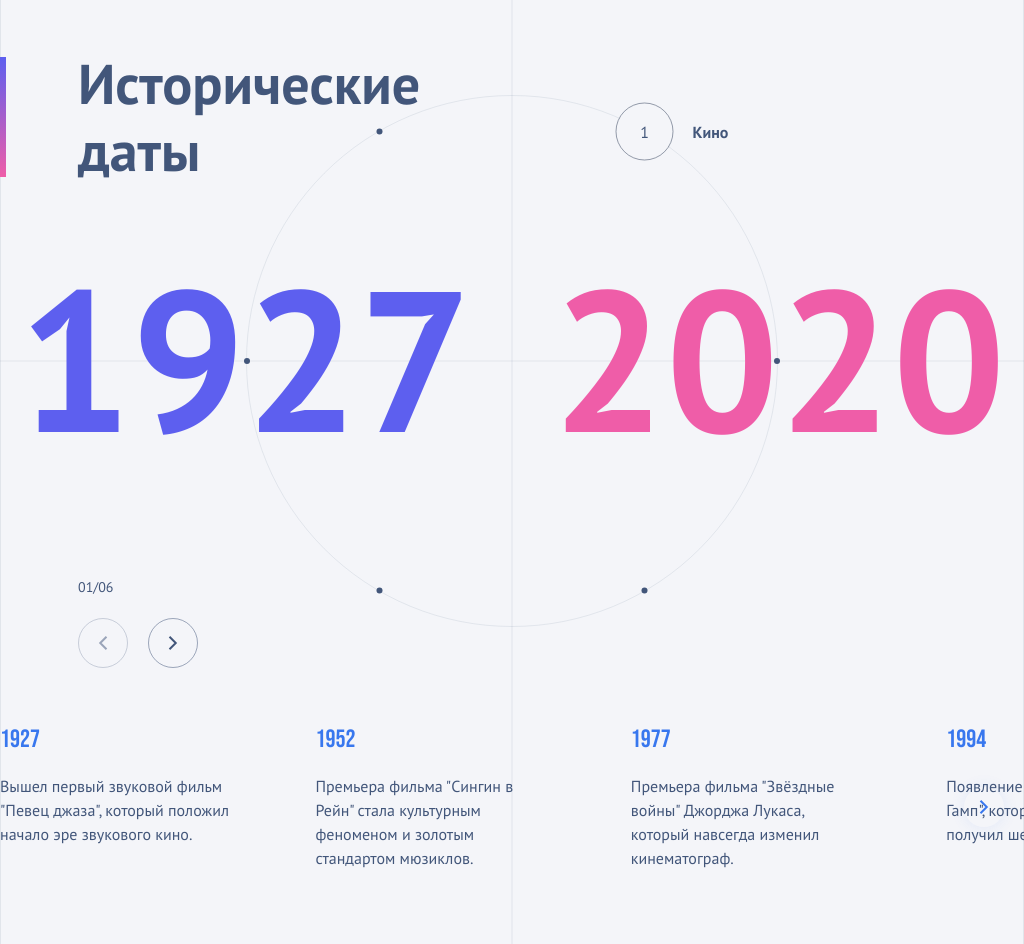
Repository: LenarTulupov/only
Page: /
An editor plug-in stored every save of this project. The page is shown before and after the next save, followed by the edit.
The browser window is 1024 px wide. The pictures show the whole page.
The project was rebuilt for these pictures with package versions that can differ from the ones it lists, and the page was loaded fresh each time.

Above is the page before, as saved 2024-12-18 13:38:47.

### public/index.html
<!DOCTYPE html>
<html lang="en">
  <head>
    <meta charset="utf-8" />
    <link rel="icon" href="%PUBLIC_URL%/favicon.ico" />
    <meta name="viewport" content="width=device-width, initial-scale=1" />
    <meta name="theme-color" content="#000000" />
    <meta
      name="description"
      content="Web site created using create-react-app"
    />
    <link rel="apple-touch-icon" href="%PUBLIC_URL%/logo192.png" />
    <link rel="manifest" href="%PUBLIC_URL%/manifest.json" />
    <title>Only Test</title>
  </head>
  <body>
    <noscript>You need to enable JavaScript to run this app.</noscript>
    <div id="root"></div>
  </body>
</html>

### src/index.tsx
import React from 'react';
import ReactDOM from 'react-dom/client';
import Router from './router/router';
import './globals.scss'

const root = ReactDOM.createRoot(
  document.getElementById('root') as HTMLElement
);
root.render(
  <React.StrictMode>
    <Router />
  </React.StrictMode>
);

### src/router/router.tsx
import { BrowserRouter, Route, Routes } from "react-router-dom";
import HomePage from "../pages/home/page";
import PagesLayout from "../layouts/pages-layout";

export default function Router() {
  return (
    <BrowserRouter>
      <Routes>
        <Route element={<PagesLayout />}>
          <Route path="/" element={<HomePage />} />
        </Route>
      </Routes>
    </BrowserRouter>
  )
};

### src/globals.scss
@import url('https://fonts.googleapis.com/css2?family=Bebas+Neue&family=PT+Sans:wght@400;700&display=swap');

:root {
  --background-color: #F4F5F9;
  --main-color: #42567a;
  --main-color-rgba: rgba(66, 86, 122, 0.5);
  --accent-color: #5D5FEF;
  --light-accent-color: #3877EE;
  --accent-second: #EF5DA8;
  --font-main: "PT Sans", serif;
  --font-second: "Bebas Neue", serif;
  --line-height: 150%;
  --font-size-main: 56px;
  --font-size-small: 14px;
  --font-size-big: 200px;
}
body {
  margin: 0;
  padding: 0;
  background-color: var(--background-color);
  color: var(--black-color);
  font-family: var(--font-main);
  line-height: var(--line-height);
}
ul {
  padding: 0;
  margin: 0;
}

li {
  list-style-type: none;
}

a {
  color: var(--black-color);
  text-decoration: none;
}

h1 {
  margin: 0;
}

### src/pages/home/page.tsx
import Container from "../../components/ui/container/container";
import Divider from "../../components/ui/divider/divider";
import HistorySection from "./history/history";
import styles from './page.module.scss';

export default function HomePage() {
  return (
    <div className={styles['home-page']}>
      <Container>
        <div className={styles['home-page__wrapper']}>
          <Divider
            position="vertical"
            className={styles.divider_vertical}
          />
          <HistorySection />
        </div>
      </Container>
    </div>
  )
};

### src/layouts/pages-layout.tsx
import { Outlet } from 'react-router-dom';
import styles from './pages-layout.module.scss';

export default function PagesLayout() {
  return (
    <div className={styles['pages-layout']}>
      <Outlet />
    </div>
  )
};

### src/components/ui/container/container.tsx
import { ReactNode } from "react"
import styles from './container.module.scss';

interface IContainer {
  children: ReactNode;
}

export default function Container({ children }: IContainer) {
  return (
    <div className={styles.container}>
      {children}
    </div>
  )
};

### src/components/ui/divider/divider.tsx
import styles from './divider.module.scss';

interface IDivider {
  position?: 'horizontal' | 'vertical';
  className?: string;
}

export default function Divider({
  position = 'horizontal', className }: IDivider) {
  return <div className={`
    ${styles.divider}
    ${styles[`divider_${position}`]}
    ${className || ''}
  `}/>
};

### src/pages/home/history/history.tsx
import { useState } from 'react';
import Divider from '../../../components/ui/divider/divider';
import Title from '../../../components/ui/title/title';
import Circle from './circle/circle';
import Dates from './dates/dates';
import HistorySlider from './history-slider/history-slider';
import styles from './history.module.scss';
import StepNavigation from './step-navigation/step-navigation';
import { circleItems } from '../../../constants/circle-items';

export default function HistorySection() {
  const [activeButton, setActiveButton] = useState<number>(1);
  const activeCategory = circleItems.find((item) => item.id === activeButton);
  const firstDate = activeCategory?.events[0]?.year;
  const lastDate = activeCategory?.events.at(-1)?.year;

  return (
    <section className={styles.history}>
      <div className={styles.history__content}>
        <div className={styles['history__content-col-1']}>
          <Title className={styles.history__title} showBefore>
            Исторические даты
          </Title>
            <Circle
              className={styles.circle}
              activeButton={activeButton}
              setActiveButton={setActiveButton}
            />
        </div>
        <StepNavigation
          className={styles['step-navigation']}
          activeButton={activeButton}
          setActiveButton={setActiveButton}
        />
        <Divider
          position="horizontal"
          className={styles.divider_horizontal}
        />
        <Dates
          className={styles.dates}
          firstDate={firstDate}
          lastDate={lastDate}
        />
      </div>
      <HistorySlider
        activeCategory={activeCategory}
        className={styles['history-slider']}
      />
    </section>
  )
};

### src/pages/home/page.module.scss
.home-page {
  &__wrapper {
    position: relative;
    min-height: 100vh;
    .divider_vertical {
      position: absolute;
      top: 0;
      left: 50%;
      transform: translateX(-50%);
      z-index: -10;
    }
  }

  /* Линия слева */
  &__wrapper::before {
    content: "";
    position: absolute;
    top: 0;
    bottom: 0;
    left: 0;
    width: 1px;
    background-color: var(--main-color);
    opacity: 0.1;
  }

  /* Линия справа */
  &__wrapper::after {
    content: "";
    position: absolute;
    top: 0;
    bottom: 0;
    right: 0;
    width: 1px;
    background-color: var(--main-color);
    opacity: 0.1;
  }
  /* Линий по центру горизонтальная */

  /* Линий по центру вертикальная */
}

### src/components/ui/container/container.module.scss
.container {
  max-width: 1440px;
  margin: 0 auto;
}

### src/components/ui/divider/divider.module.scss
.divider {
  background-color: var(--main-color);
  opacity: 0.1;
  &_horizontal {
    width: 100%;
    height: 1px;
  }
  &_vertical {
    width: 1px;
    height: 100%;
  }
}

### src/components/ui/title/title.tsx
import { ReactNode } from 'react';
import styles from './title.module.scss';

interface ITitle {
  children: ReactNode;
  className?: string;
  color?: 'main' | 'blue' | 'light-blue' | 'pink';
  size?: 'main' | 'small'| 'big';
  showBefore?: boolean;
}

export default function Title({
  children,
  className,
  color = 'main',
  size = 'main',
  showBefore = false }: ITitle) {
  return (
    <h1
      className={`
        ${styles.title}
        ${className || ''}
        ${styles[`title__color-${color}`]}
        ${styles[`title__size-${size}`]}
        ${showBefore ? styles['title_before'] : ''}
      `}>
      {children}
    </h1>
  )
};

### src/pages/home/history/circle/circle.tsx
import { useEffect, useRef, Dispatch, SetStateAction } from 'react';
import { gsap } from 'gsap';
import { circleItems } from '../../../../constants/circle-items';
import styles from './circle.module.scss';
import Dates from '../dates/dates';

interface ICircle {
  className?: string;
  activeButton: number;
  setActiveButton: Dispatch<SetStateAction<number>>;
}

export default function Circle({
  className,
  activeButton,
  setActiveButton }: ICircle) {
  const circleRef = useRef<HTMLDivElement>(null);
  const buttonsRef = useRef<HTMLDivElement[]>([]);

  const handleActiveButton = (btnId: number) => {
    setActiveButton(btnId);
  };

  useEffect(() => {
    const rotationAngle = (1 - activeButton) * 60;
    gsap.to(circleRef.current, {
      rotate: rotationAngle,
      duration: 0.5,
      ease: 'power2.out',
    });

    buttonsRef.current.forEach((btn) => {
      let buttonRotation = 0;

      switch (activeButton) {
        case 2:
          buttonRotation = 60;
          break;
        case 3:
          buttonRotation = 120;
          break;
        case 4:
          buttonRotation = 180;
          break;
        case 5:
          buttonRotation = 240;
          break;
        case 6:
          buttonRotation = 300;
          break;
        default:
          buttonRotation = 0;
          break;
      }

      gsap.to(btn, {
        rotate: buttonRotation,
        duration: 0.5,
        ease: 'power2.out',
      });
    });
  }, [activeButton]);

  return (
    <div ref={circleRef} className={`${styles.circle} ${className || ''}`}>
      {circleItems.map((item, index) => {
        const btnId = index + 1;
        return (
          <div
            key={btnId}
            ref={(el) => (buttonsRef.current[index] = el!)}
            className={`
                ${styles[`circle__btn-${btnId}`]}
                ${styles.circle__btn}
                ${activeButton === btnId ? styles.active : ''}
              `}
            onClick={() => handleActiveButton(btnId)}
          >
            {btnId}
            <span
              className={`
                  ${styles['sub-title']}
                  ${activeButton === btnId ? styles.active : ''}
                `}
            >
              {item.category}
            </span>
          </div>
        );
      })}
    </div>
  );
}

### src/pages/home/history/dates/dates.tsx
import { useEffect, useState } from 'react';
import Title from '../../../../components/ui/title/title';
import styles from './dates.module.scss';

interface IDates {
  className?: string;
  firstDate: string;
  lastDate: string;
}

export default function Dates({ className, firstDate, lastDate }: IDates) {
  const [currentFirstDate, setCurrentFirstDate] = useState(Number(firstDate));
  const [currentLastDate, setCurrentLastDate] = useState(Number(lastDate));

  useEffect(() => {
    const animateNumber = (
      from: number,
      to: number,
      setNumber: React.Dispatch<React.SetStateAction<number>>
    ) => {
      const stepTime = 20;
      const steps = 50;
      const delta = (to - from) / steps;

      let currentStep = 0;
      const interval = setInterval(() => {
        currentStep += 1;
        const nextValue = from + delta * currentStep;
        setNumber(Math.round(nextValue));

        if (currentStep >= steps) {
          clearInterval(interval);
          setNumber(to);
        }
      }, stepTime);
    };

    animateNumber(Number(currentFirstDate), Number(firstDate), setCurrentFirstDate);
    animateNumber(Number(currentLastDate), Number(lastDate), setCurrentLastDate);
  }, [firstDate, lastDate]);
  return (
    <div className={`${styles.dates} ${className || ''}`}>
      <Title color='blue' size='big'>{currentFirstDate}</Title>
      <Title color='pink' size='big'>{currentLastDate}</Title>
    </div>
  )
};

### src/pages/home/history/history.module.scss
.history {
  padding: 50px 0;
  &__title {
    line-height: 1.2;
    width: 353px;
    padding-left: 78px;
    height: fit-content;
  }
  &__content {
    position: relative;
    width: 100%;

    display: flex;
    flex-direction: column;
    height: 615px;
    &-col-1 {
      display: grid;
      grid-template-columns: auto 1fr auto;
    }
  }
}
.circle {
  position: absolute;
  top: 0;
  left: 50%;
  transform: translate(-50%);
  margin-top: 45px;
}
.divider_horizontal {
  position: absolute;
  top: calc(50% + 3px);
  left: 0;
  transform: translateY(-50%);
  z-index: -10;
}
.step-navigation {
  margin-top: 393px;
  padding-left: 78px;
}
@media(max-width: 1200px) {
  .circle {

  }
}

### src/pages/home/history/step-navigation/step-navigation.tsx
import { Dispatch, SetStateAction } from "react";
import NavigationButtons from "./navigation-buttons/navigation-buttons";
import SliderStep from "./slider-step/slider-step";
import styles from './step-navigation.module.scss';

interface IStepNavigation {
  className?: string;
  activeButton: number;
  setActiveButton: Dispatch<SetStateAction<number>>;
}

export default function StepNavigation({
  className,
  activeButton,
  setActiveButton }: IStepNavigation) {

    const handleNext = () => {
      setActiveButton((p) => (p < 6 ? p + 1 : 1));
    };

    const handlePrev = () => {
      setActiveButton((p) => (p > 1 ? p - 1 : 6));
    };

    return (
      <div className={`${styles['step-navigation']} ${className || ''}`}>
        <SliderStep activeButton={activeButton} />
        <NavigationButtons
          handleNext={handleNext}
          handlePrev={handlePrev}
          isBeginning={activeButton === 1}
          isEnd={activeButton === 6}
        />
      </div>
    );
};

### src/components/ui/title/title.module.scss
.title {
  line-height: 150%;
  position: relative;
  &::before {
    content: "";
    position: absolute;
    top: 50%;
    transform: translateY(-50%);
    left: 0;
    height: 120px;
    width: 6px;
    background: linear-gradient(to bottom, var(--accent-color) 0%, var(--accent-second) 100%);
    visibility: hidden;
  }
  &.title_before::before {
    visibility: visible; // Показываем псевдоэлемент
  }
  &__color-main {
    color: var(--main-color);
  }

  &__color-blue {
    color: var(--accent-color);
  }
  &__color-light-blue {
    color: var(--light-accent-color);
  }

  &__color-pink {
    color: var(--accent-second);
  }

  &__size-main {
    font-size: var(--font-size-main);
  }
  &__size-small {
    font-size: var(--font-size-small);
  }

  &__size-big {
    font-size: var(--font-size-big);
  }
}

### src/pages/home/history/circle/circle.module.scss
.circle {
  position: relative;
  width: 530px;
  height: 530px;
  border: 1px solid rgba(66, 86, 122, 0.1);
  border-radius: 100%;
  display: flex;
  justify-content: center;
  align-items: center;
  transform-origin: center;
}

.circle__btn {
  position: absolute;
  display: flex;
  align-items: center;
  justify-content: center;
  width: 6px;
  height: 6px;
  border: none;
  background-color: var(--main-color);
  border-radius: 100%;
  color: var(--main-color);
  line-height: 30px;
  font-size: 0;
  cursor: pointer;
  transition: width .3s ease-in-out, height .3s ease-in-out, font-size .3s ease-in-out;

  &::before {
    content: "";
    position: absolute;
    top: 50%;
    left: 50%;
    transform: translate(-50%, -50%);
    width: 25px;
    height: 25px;
    border-radius: 100%;
    background: transparent;
  }

  .sub-title {
    position: absolute;
    top: 50%;
    left: 0;
    transform: translateY(-50%);
    margin-left: 76px;
    font-weight: bold;
    opacity: 0;
    transition: opacity 0.3s ease-in-out;
  }

  .sub-title.active {
    opacity: 1;
  }

  &:hover,
  &.active {
    width: 56px;
    height: 56px;
    font-size: 16px;
    background-color: #F4F5F9;
    outline: 1px solid rgba(48, 62, 88, 0.5);
  }

  &-1 {
    transform: rotate(300deg) translateX(265px) rotate(60deg);
  }

  &-2 {
    transform: rotate(0deg) translateX(265px) rotate(0deg);
  }

  &-3 {
    transform: rotate(60deg) translateX(265px) rotate(-60deg);
  }

  &-4 {
    transform: rotate(120deg) translateX(265px) rotate(-120deg);
  }

  &-5 {
    transform: rotate(180deg) translateX(265px) rotate(-180deg);
  }

  &-6 {
    transform: rotate(240deg) translateX(265px) rotate(-240deg);
  }
}

### src/pages/home/history/dates/dates.module.scss
.dates {
  position: absolute;
  top: 50%;
  left: 50%;
  transform: translate(-50%, -50%);
  display: flex;
  gap: 80px;
  z-index: -1;
}

### src/pages/home/history/history-slider/slider-content/slider-content.tsx
import Text from "../../../../../components/ui/text/text";
import Title from "../../../../../components/ui/title/title";
import styles from './slider-content.module.scss';

interface ISliderContent {
  year: string;
  text: string;
}

export default function SliderContent({ year, text }: ISliderContent) {
  return (
    <div className={styles['slider-content']}>
      <Title
        size="small"
        color="light-blue"
        className={styles['slider-content__title']}
      >
        {year}
      </Title>
      <Text text={text} />
    </div>
  )
};

### src/components/ui/content-container/content-container.tsx
import { ReactNode } from 'react';
import styles from './content-container.module.scss';

interface IContentContainer {
  children: ReactNode;
}

export default function ContentContainer({ children }: IContentContainer) {
  return (
    <div className={styles['content-container']}>
      {children}
    </div>
  )
};

### src/components/ui/arrow-button/arrow-button.tsx
import styles from './arrow-button.module.scss';

interface IArrowButton {
  rotation?: 'left' | 'right'
  onClick?: () => void;
  slider?: boolean;
  disabled?: boolean;
  className?: string;
}

export default function ArrowButton({
  rotation,
  onClick,
  slider = false,
  disabled = false,
  className}: IArrowButton) {
  return (
    <button
      className={`
        ${styles['arrow-button']}
        ${styles[rotation]}
        ${slider ? styles['arrow-button_slider'] : ''}
        ${className || ''}
        ${disabled ? styles.disabled : ''}
      `}
      onClick={onClick}
      disabled={disabled}
    >
      <svg width="10" height="14" viewBox="0 0 10 14" fill="none" xmlns="http://www.w3.org/2000/svg">
        <path d="M8.49988 0.750001L2.24988 7L8.49988 13.25" stroke="#42567A" stroke-width="2" />
      </svg>
    </button>
  )
};

### src/pages/home/history/history-slider/history-slider.module.scss
.history-slider {
  position: relative;
  margin-top: 56px;
}
.next {
  position: absolute;
  top: 50%;
  transform: translateY(-50%);
  right: 20px;
}
.prev {
  position: absolute;
  top: 50%;
  transform: translateY(-50%);
  left: 20px;
}

.fade-out {
  opacity: 0;
  transition: opacity 0.5s ease;
}
.fade-in {
  opacity: 1;
  transition: opacity 0.5s ease;
}

### src/pages/home/history/step-navigation/navigation-buttons/navigation-buttons.tsx
import ArrowButton from '../../../../../components/ui/arrow-button/arrow-button';
import styles from './navigation-buttons.module.scss';

interface INavigationButtons {
  handleNext: () => void;
  handlePrev: () => void;
  isBeginning: boolean;
  isEnd: boolean;
}

export default function NavigationButtons({
  handleNext,
  handlePrev,
  isBeginning,
  isEnd }: INavigationButtons) {
  return (
    <div className={styles['navigation-buttons']}>
      <ArrowButton
        onClick={handlePrev}
        disabled={isBeginning}
      />
      <ArrowButton
        rotation='right'
        onClick={handleNext}
        disabled={isEnd}
      />
    </div>
  );
};

### src/pages/home/history/step-navigation/slider-step/slider-step.tsx
import Title from "../../../../../components/ui/title/title";
import styles from './slider-step.module.scss';

interface ISliderStep {
  activeButton: number;
}

export default function SliderStep({ activeButton }: ISliderStep) {
  return <Title size="small" className={styles.font}>0{activeButton}/06</Title>
};

### src/pages/home/history/step-navigation/step-navigation.module.scss
.step-navigation {
  display: flex;
  flex-direction: column;
  row-gap: 20px;
}

### src/components/ui/text/text.tsx
import styles from './text.module.scss';

interface IText {
  text: string;
}

export default function Text({ text }: IText) {
  return (
    <div className={styles.text}>
        { text }
    </div>
  )
};

### src/pages/home/history/history-slider/slider-content/slider-content.module.scss
.slider-content {
  display: flex;
  flex-direction: column;
  row-gap: 15px;
  cursor: grabbing;
  &__title {
    font-family: var(--font-second);
    font-weight: 400;
    font-size: 25px;
  }
}

### src/components/ui/content-container/content-container.module.scss
.content-container {
  max-width: calc(1440px - 160px);
  margin: 0 auto;
}

### src/components/ui/arrow-button/arrow-button.module.scss
.arrow-button {
  width: 50px;
  height: 50px;
  display: flex;
  align-items: center;
  justify-content: center;
  border: 1px solid var(--main-color-rgba);
  background-color: transparent;
  border-radius: 100%;
  cursor: pointer;
}
.arrow-button_slider {
  width: 40px;
  height: 40px;
  border: none;
  box-shadow: 0 0 15px 0 rgba(56, 119, 238, 0.1);
  svg path {
    stroke: var(--light-accent-color);
  }
}
.left {
  transform: rotate(0deg);
}
.right {
  transform: rotate(180deg);
}
.disabled {
  opacity: .5;
  cursor: auto;
}

### src/pages/home/history/step-navigation/navigation-buttons/navigation-buttons.module.scss
.navigation-buttons {
  display: flex;
  column-gap: 20px;
}
.disabled {
  opacity: .5;
  cursor: auto;
}

### src/pages/home/history/step-navigation/slider-step/slider-step.module.scss
.font {
  font-weight: 400;
}

### src/components/ui/text/text.module.scss
.text {
  color: var(--main-color);
}

Loaded but not shown: src/constants/circle-items.ts (122 lines, source omitted); src/pages/home/history/history-slider/history-slider.tsx (119 lines, source omitted); src/layouts/pages-layout.module.scss (no stored copy; drawn as an empty file)

After the next save:
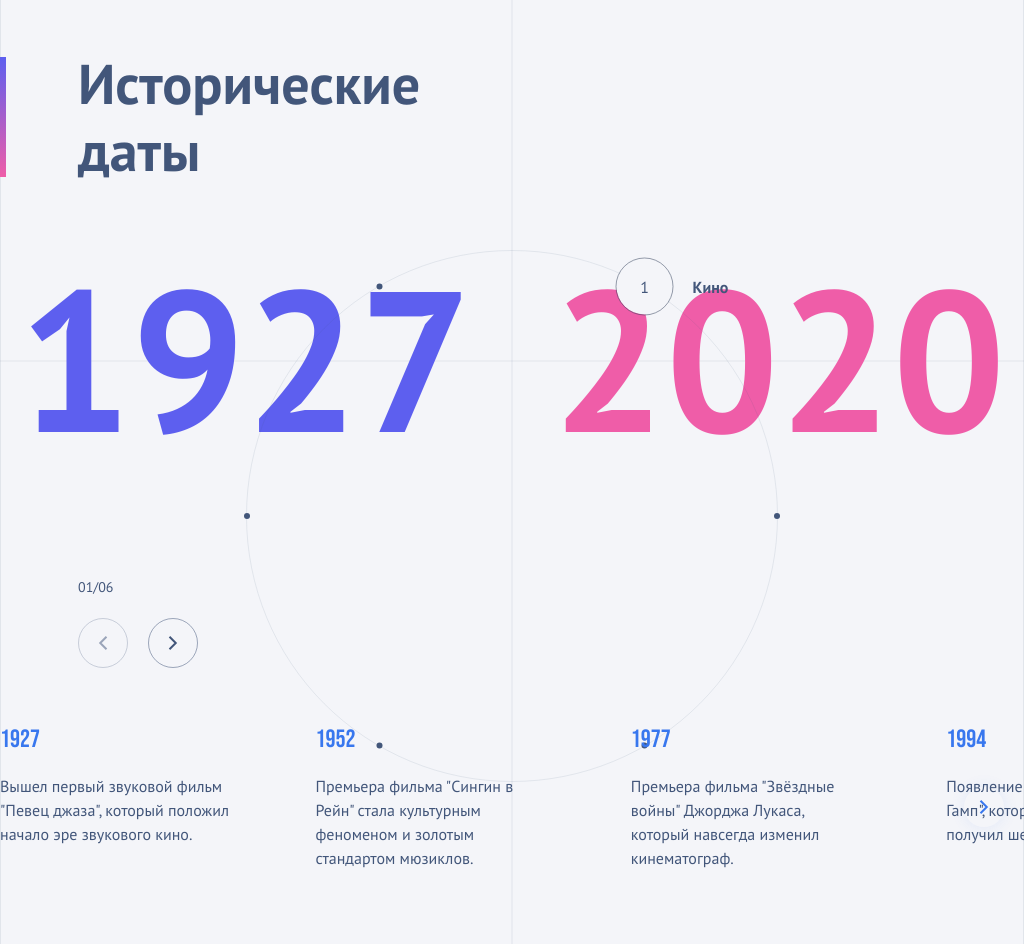
Saved 50 s later.
--- a/src/pages/home/history/history.module.scss
+++ b/src/pages/home/history/history.module.scss
@@ -39,6 +39,6 @@
 }
 @media(max-width: 1200px) {
   .circle {
-
+    margin-top: 200px;
   }
 }
